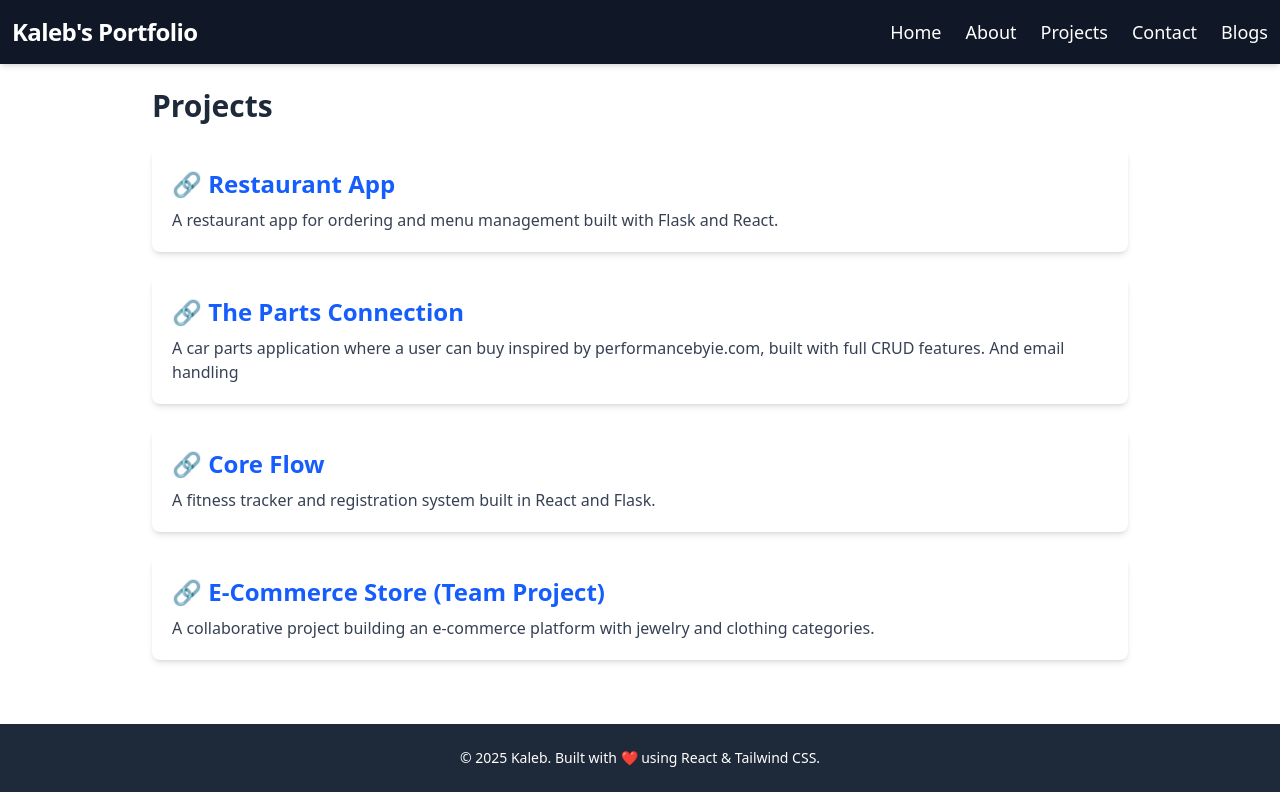
Repository: KalebMalone/portfolio-site
Page: /projects
These files come from the project's save history. The page is drawn as it stood at one moment and after the next save; the edit follows.
The browser window is 1280 px wide. The pictures show the whole page.
The project was rebuilt for these pictures with package versions that can differ from the ones it lists, and the page was loaded fresh each time. Also part of the build but not shown: vite.config.js, src/pages/Home.jsx, src/pages/About.jsx, src/pages/Contact.jsx, src/pages/Blogs.jsx.

Above is the page before, as saved 2025-04-23 17:40:41.

### src/App.jsx
import { BrowserRouter as Router, Routes, Route } from 'react-router-dom';
import Header from './components/Header';
import Footer from './components/Footer';

import Home from './pages/Home';
import About from './pages/About';
import Projects from './pages/Projects';
import Contact from './pages/Contact';
import Blogs from './pages/Blogs'; // Import Blogs page

function App() {
  return (
    <Router>
      <div className="flex flex-col min-h-screen">
        <Header />

        <main className="flex-grow">
          <Routes>
            <Route path="/" element={<Home />} />
            <Route path="/about" element={<About />} />
            <Route path="/projects" element={<Projects />} />
            <Route path="/contact" element={<Contact />} />
            <Route path="/blogs" element={<Blogs />} /> {/* Add route for Blogs */}
          </Routes>
        </main>

        <Footer />
      </div>
    </Router>
  );
}

export default App;

### src/index.css
@import 'tailwindcss';  /* Or use the Tailwind directives below */

/* Or alternatively, use these Tailwind directives directly in your CSS */
@tailwind base;
@tailwind components;
@tailwind utilities;

### src/components/Header.jsx
import { Link } from 'react-router-dom';

const Header = () => {
    return (
        <header className="bg-gray-900 text-white shadow-md py-4">
            <nav className="max-w-9xl mx-auto flex justify-between items-center px-3">
                {/* Logo/Brand Name (Left-aligned) */}
                <h1 className="text-2xl font-bold tracking-tight">Kaleb's Portfolio</h1>

                {/* Navigation Links (Right-aligned) */}
                <ul className="flex space-x-6 text-lg"> {/* Reduced space between items */}
                    {['Home', 'About', 'Projects', 'Contact', 'Blogs'].map((page) => ( // Add Blogs here
                        <li key={page}>
                            <Link
                                to={`/${page.toLowerCase() === 'home' ? '' : page.toLowerCase()}`}
                                className="hover:text-blue-400 transition-colors duration-200"
                            >
                                {page}
                            </Link>
                        </li>
                    ))}
                </ul>
            </nav>
        </header>
    );
};

export default Header;

### src/components/Footer.jsx
const Footer = () => {
    return (
        <footer className="bg-gray-800 text-white text-center py-6 mt-10">
            <p className="text-sm">© {new Date().getFullYear()} Kaleb. Built with ❤️ using React & Tailwind CSS.</p>
        </footer>
    );
};

export default Footer;

### src/pages/Projects.jsx
import React from 'react';

const Projects = () => {
    const projectList = [
        {
            name: 'Restaurant App',
            link: 'https://github.com/KalebMalone/Resturant',
            description: 'A restaurant app for ordering and menu management built with Flask and React.'
        },
        {
            name: 'The Parts Connection',
            link: 'https://github.com/KalebMalone/The-parts-connection',
            description: 'A car parts application where a user can buy inspired by performancebyie.com, built with full CRUD features. And email handling'
        },
        {
            name: 'Core Flow',
            link: 'https://github.com/KalebMalone/Core-Flow',
            description: 'A fitness tracker and registration system built in React and Flask.'
        },
        {
            name: 'E-Commerce Store (Team Project)',
            link: 'https://github.com/CaseyRayson1995/eCommerce-project',
            description: 'A collaborative project building an e-commerce platform with jewelry and clothing categories.'
        },
    ];

    return (
        <section className="p-6 max-w-5xl mx-auto">
            <h2 className="text-3xl font-bold mb-6 text-gray-800">Projects</h2>
            <div className="space-y-6">
                {projectList.map((project, index) => (
                    <div key={index} className="bg-white p-5 rounded-lg shadow-md hover:shadow-lg transition-shadow">
                        <a
                            href={project.link}
                            target="_blank"
                            rel="noopener noreferrer"
                            className="text-2xl font-semibold text-blue-600 hover:text-blue-800"
                        >
                            🔗 {project.name}
                        </a>
                        <p className="mt-2 text-gray-700">{project.description}</p>
                    </div>
                ))}
            </div>
        </section>
    );
};

export default Projects;

Loaded but not shown: index.html (common file); src/main.jsx (common file)

After the next save:
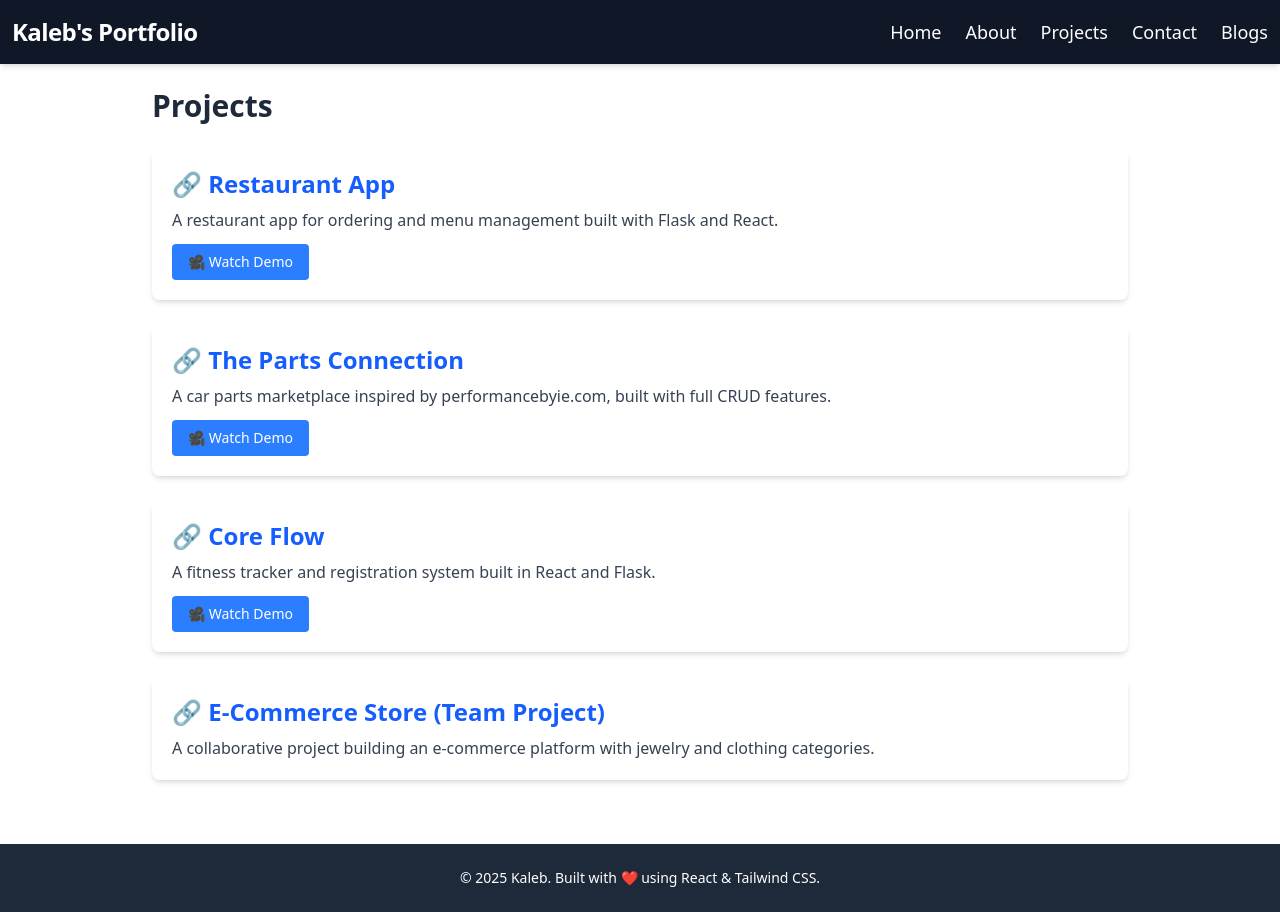
Saved 88 s later.
--- a/src/pages/Projects.jsx
+++ b/src/pages/Projects.jsx
@@ -5,22 +5,25 @@ const Projects = () => {
         {
             name: 'Restaurant App',
             link: 'https://github.com/KalebMalone/Resturant',
-            description: 'A restaurant app for ordering and menu management built with Flask and React.'
+            description: 'A restaurant app for ordering and menu management built with Flask and React.',
+            demo: 'https://youtu.be/9f27shctJbM'
         },
         {
             name: 'The Parts Connection',
             link: 'https://github.com/KalebMalone/The-parts-connection',
-            description: 'A car parts application where a user can buy inspired by performancebyie.com, built with full CRUD features. And email handling'
+            description: 'A car parts marketplace inspired by performancebyie.com, built with full CRUD features.',
+            demo: 'https://youtu.be/0DTXc0KpmEI'
         },
         {
             name: 'Core Flow',
             link: 'https://github.com/KalebMalone/Core-Flow',
-            description: 'A fitness tracker and registration system built in React and Flask.'
+            description: 'A fitness tracker and registration system built in React and Flask.',
+            demo: 'https://youtu.be/3bq2Ik-E7Cw'
         },
         {
             name: 'E-Commerce Store (Team Project)',
             link: 'https://github.com/CaseyRayson1995/eCommerce-project',
-            description: 'A collaborative project building an e-commerce platform with jewelry and clothing categories.'
+            description: 'A collaborative project building an e-commerce platform with jewelry and clothing categories.',
         },
     ];
 
@@ -39,6 +42,16 @@ const Projects = () => {
                             🔗 {project.name}
                         </a>
                         <p className="mt-2 text-gray-700">{project.description}</p>
+                        {project.demo && (
+                            <a
+                                href={project.demo}
+                                target="_blank"
+                                rel="noopener noreferrer"
+                                className="inline-block mt-3 text-sm text-white bg-blue-500 hover:bg-blue-600 px-4 py-2 rounded"
+                            >
+                                🎥 Watch Demo
+                            </a>
+                        )}
                     </div>
                 ))}
             </div>
